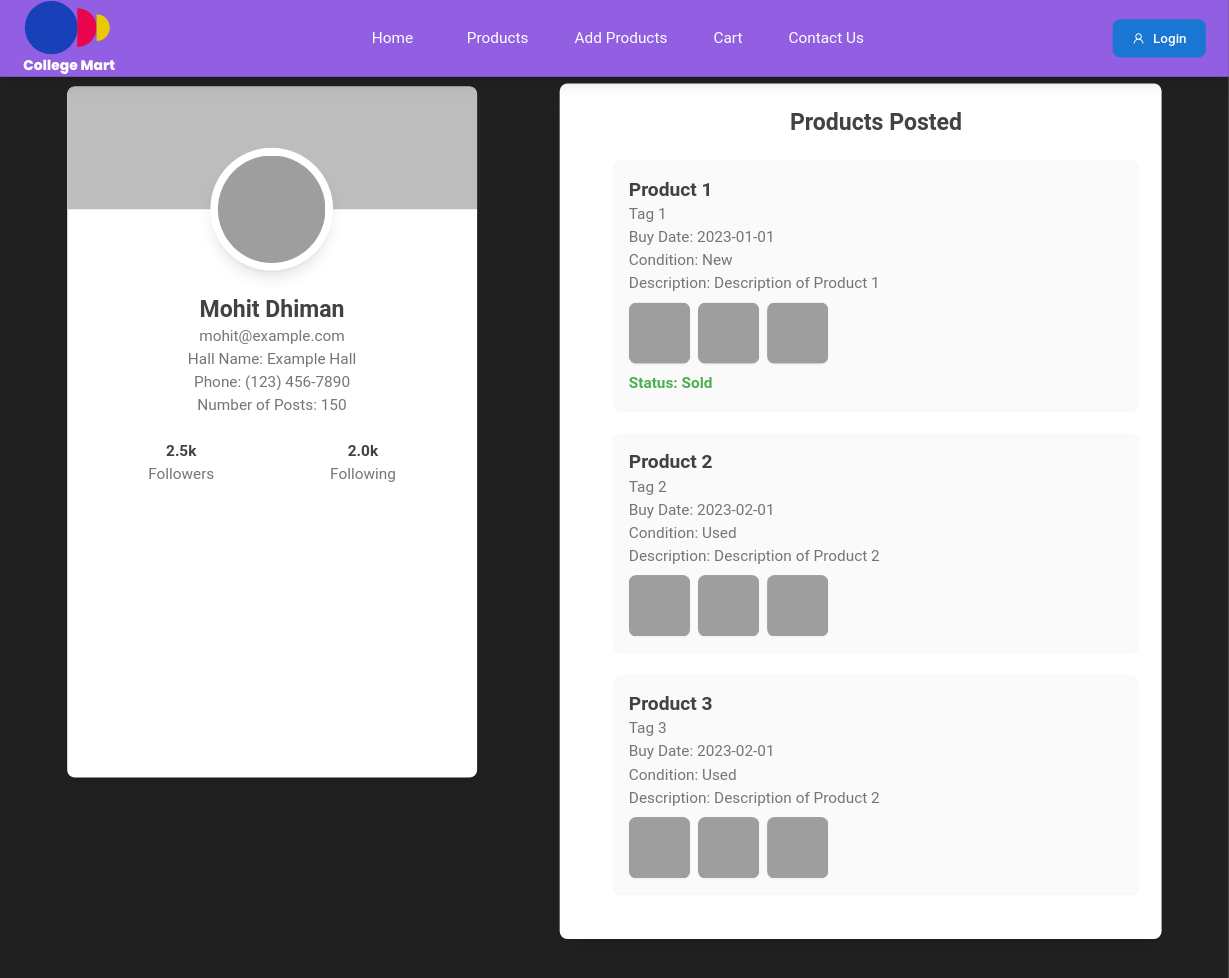
Repository: kumar1397/College-Mart
Page: /home/profile
An editor plug-in stored every save of this project. The page is shown before and after the next save, followed by the edit.
The browser window is 1280 px wide. The pictures show the whole page, at 96% of full size.
Pictures or frames that could not be fetched are drawn as grey boxes. Some web fonts or font styles are not loaded; a fallback is used. Some web libraries are served in a nearby version. The project was rebuilt for these pictures with package versions that can differ from the ones it lists, and the page was loaded fresh each time. Also part of the build but not shown: src/components/forgetPassword/forgetpassword.jsx, src/components/Auth.js, src/components/hero/Heronavbar.jsx, src/components/hero/footer.jsx, src/components/hero/Carousel.jsx, src/components/hero/Hero.jsx, src/components/new-home-page/header.jsx, src/components/new-home-page/footer_cont.jsx and 12 more.

Above is the page before, as saved 2024-07-15 16:09:19.

After the next save:
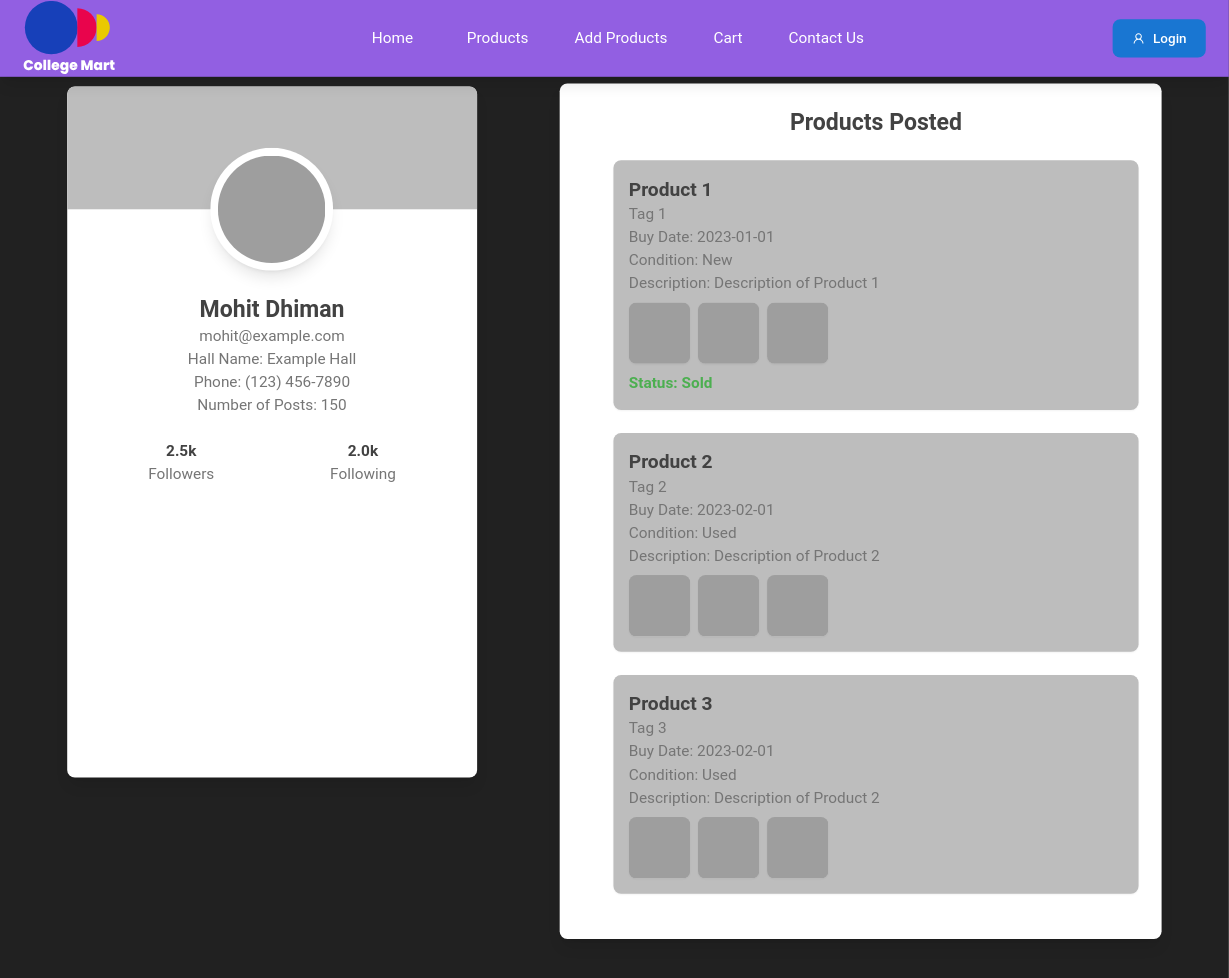
Saved 48 s later.
--- a/src/components/profile/profile.jsx
+++ b/src/components/profile/profile.jsx
@@ -68,7 +68,7 @@
                             <h2 className="text-2xl font-semibold text-gray-800 text-center">Products Posted</h2>
                             <div className="mt-6 space-y-6">
                                 {products.map((product, index) => (
-                                    <div key={product.id} className="p-4 bg-gray-50 rounded-lg shadow-sm">
+                                    <div key={product.id} className="p-4 bg-gray-400 rounded-lg shadow-sm">
                                         <h3 className="text-xl font-bold text-gray-800">{product.name}</h3>
                                         <p className="text-gray-600">{product.tag}</p>
                                         <p className="text-gray-600">Buy Date: {product.buyDate}</p>

After the save that followed:
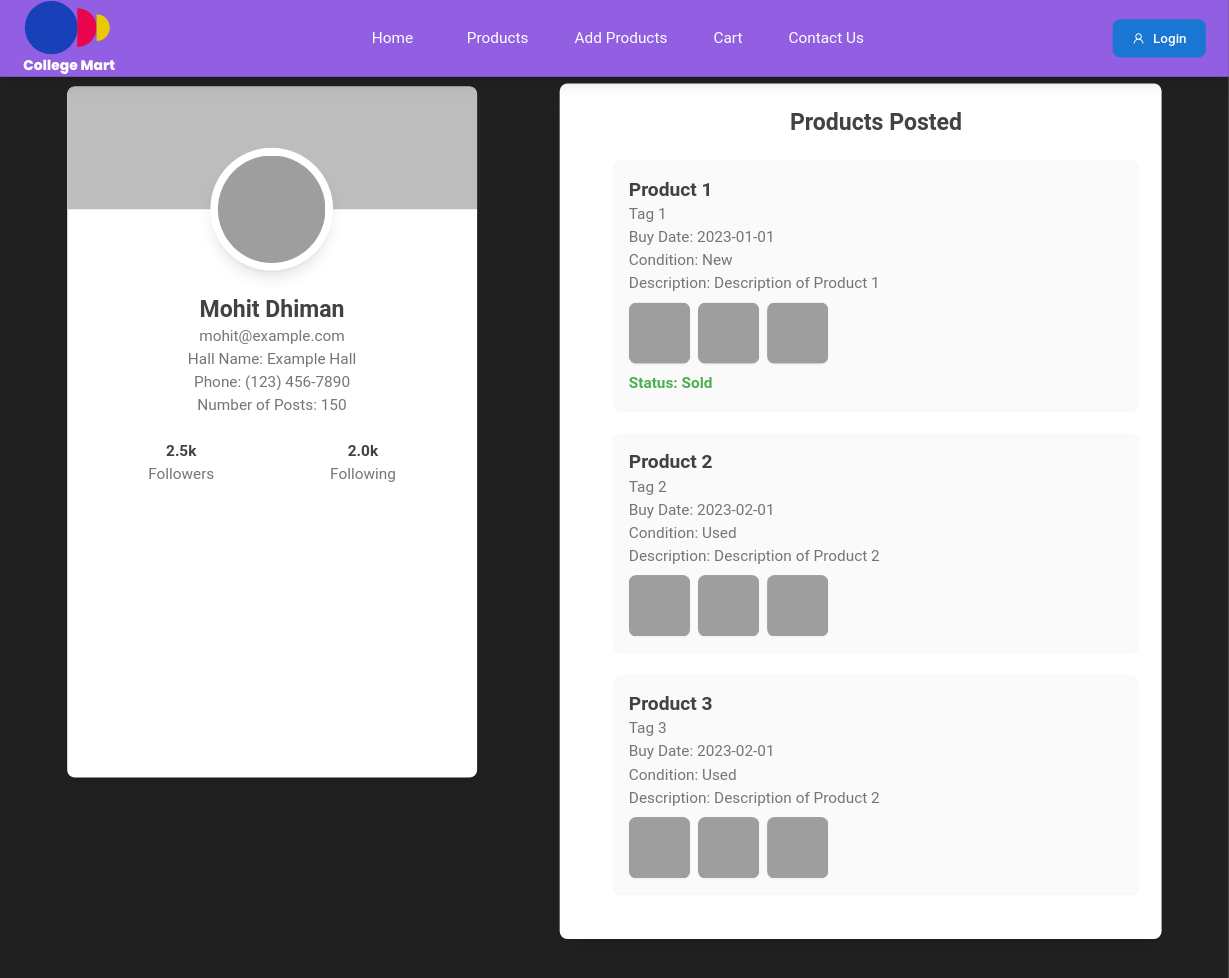
Saved 19 s later.
--- a/src/components/profile/profile.jsx
+++ b/src/components/profile/profile.jsx
@@ -68,7 +68,7 @@
                             <h2 className="text-2xl font-semibold text-gray-800 text-center">Products Posted</h2>
                             <div className="mt-6 space-y-6">
                                 {products.map((product, index) => (
-                                    <div key={product.id} className="p-4 bg-gray-400 rounded-lg shadow-sm">
+                                    <div key={product.id} className="p-4 bg-gray-50 rounded-lg shadow-sm">
                                         <h3 className="text-xl font-bold text-gray-800">{product.name}</h3>
                                         <p className="text-gray-600">{product.tag}</p>
                                         <p className="text-gray-600">Buy Date: {product.buyDate}</p>
